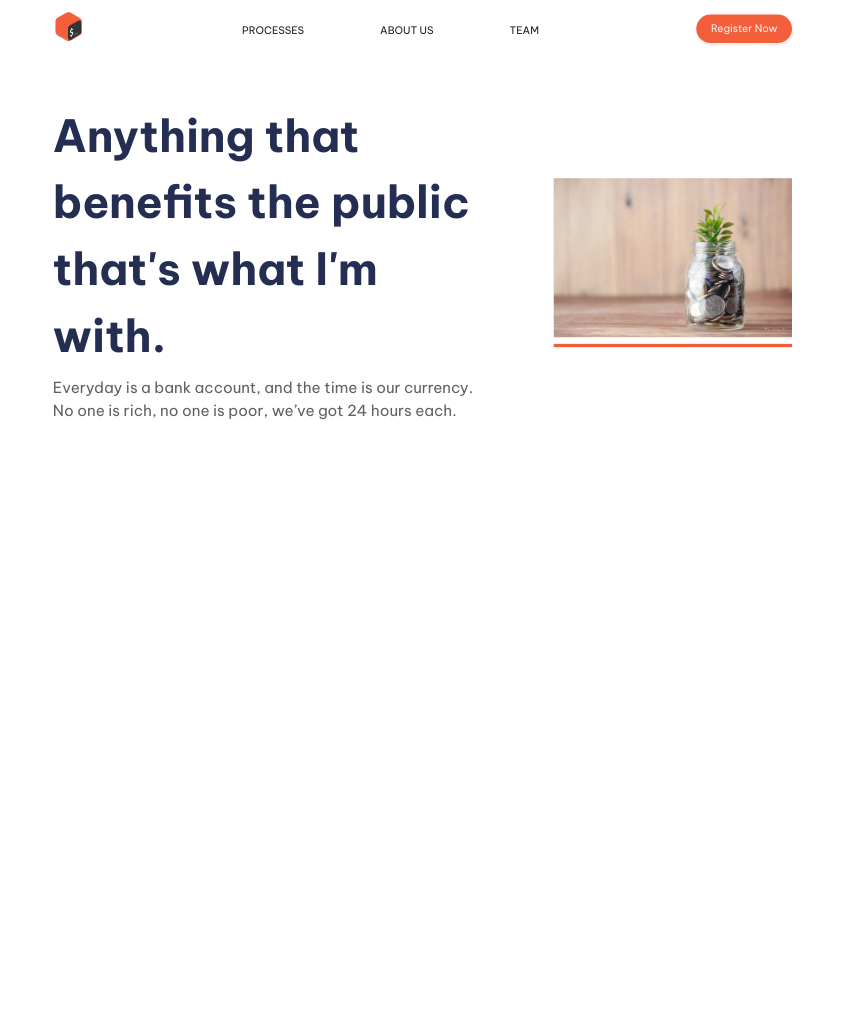
Repository: Esraa22M/Banking_Site
Page: index.html
The author's editor kept a copy of each file at every save. The page is drawn from the files as they stood at one save, then again after the next save.
The browser window is 1280 px wide. The pictures show the whole page, at 66% of full size.

Above is the page before, as saved 2022-11-01 01:19:44.

### index.html
<!DOCTYPE html>
<html lang="en">

<head>
    <meta charset="UTF-8">
    <meta http-equiv="X-UA-Compatible" content="IE=edge">
    <meta name="viewport" content="width=device-width, initial-scale=1.0">
    <title>Document</title>
    <!-- font family link -->
    <link rel="preconnect" href="https://fonts.googleapis.com">
    <link rel="preconnect" href="https://fonts.gstatic.com" crossorigin>
    <link href="https://fonts.googleapis.com/css2?family=Be+Vietnam+Pro:wght@400;500;700&display=swap" rel="stylesheet">
    <!-- external style sheet link -->
    <link rel="stylesheet" href="style.css">
</head>

<body>
    <header class="primary__header">
        <div class="navgation__wrapper container"> <a href="#"><img src="./images/logo.svg" /></a>
            <button class="humberger__button_toggle--container" aria-expanded="false"
                aria-controls="controls the navigation menu's open and closing">
                <span class="sr-only">Nagivation menu</span>
                <span class="button__close hidden-sm" aria-hidden="true">x</span>
                <span class="button__open" aria-hidden="true"></span>
            </button>
            <nav class="primary__navigation">
                <ul role="list" class="primary__navigation--list hidden-sm">
                    <li class="primary__navigation-item">
                        <a href="#section__1" class="primary__navigation-link">processes</a>
                    </li>
                    <li class="primary__navigation-item">
                        <a href="#section__2" class="primary__navigation-link">About us</a>
                    </li>
                    <li class="primary_navigation-item">
                        <a href="#section__3" class="primary__navigation-link">Team</a>
                    </li>

                </ul>
            </nav>
            <a href="#" class="register__button" role="open new account">Register Now</a>
        </div>
        <section class="Intro even-columns container">
            <div>
                <h2 class="intro__header">Anything that benefits the public that's what I'm
                    with.</h2>
                <p class="intro__sub--header">
                    Everyday is a bank account, and the time is our currency. No one is rich,
                    no
                    one is poor, we’ve got 24 hours each.</p>
            </div>
            <div class="intro__image--wrapper">
                <img src="./images/baning_intro.jpg" alt="money grow" class="intro__image">
            </div>
        </section>
    </header>
    <main>
        <section class="modal container hidden">
            <button class="modal__close--button">
                <span>&times;</span>
            </button>
            <h2 class="modal--header">Open your bank account</h2>
            <form class="create__account--form">
                <figure class="form__logo--wrapper">
                    <img src="images/form_logo.svg" alt="human" class="form__logo">
                    <figcaption class="sr-only">a batman image is a logo for the registeration form</figcaption>
                </figure>
                <div class="first_name--wrapper"><label for="first name" class="sr-only">First Name:</label>
                    <input type="text" class="first_name" placeholder="Enter your First Name" />
                </div>
                <div class="last_name--wrapper"><label for="last name" class="sr-only">Last Name:</label>
                    <input type="text" class="last_name" placeholder="Enter your Last Name" />
                </div>
                <div class="email--wrapper"><label for=" email" class="sr-only">Email:</label>
                    <input type="email" class="email" placeholder="Enter your Email" />
                </div>
                <div class="create_account--button__wrapper">
                    <button type="submit" class="register__button create_account--button">Next Step &rarr;</button>
                </div>
            </form>
        </section>
        <div class="overlay hidden"></div>
    </main>
    <script src="main.js"></script>

</body>

</html>

### style.css
:root {
  --clr-accent-400: hsl(12, 88%, 59%);
  --clr-accent-100: hsl(13, 100%, 96%);
  --clr-primary-400: hsl(228, 39%, 23%);
  --clr-neutral-100: hsl(232, 12%, 13%);
  --clr-neutral-900: hsl(0 0% 0%);
  --ff-primary: "Be Vietnam Pro", sans-serif;
  --fw-regular: 400;
  --fw-semi-bold: 500;
  --fw-bold: 700;
  --fs-300: 0.8125rem;
  --fs-400: 0.875rem;
  --fs-500: 0.9375rem;
  --fs-600: 1rem;
  --fs-650: 1.2rem;
  --fs-700: 1.875rem;
  --fs-800: 2.5rem;
  --fs-900: 3.5rem;
  /* fontsize setup for mobile screen and tablet */
  --fs-body: var(--fs-400);
  --fs-primary-heading: var(--fs-800);
  --fs-secondary-heading: var(--fs-700);
  --fs-nav: var(--fs-500);
  --fs-button: var(--fs-300);
}
/* for desktop screen size */
@media (min-width: 50em) {
  :root {
    --fs-body: var(--fs-650);
    --fs-primary-heading: var(--fs-900);
    --fs-secondary-heading: var(--fs-800);
    --fs-nav: var(--fs-300);
  }
}

/* style reseting refer to kevin powell */
/* Box sizing rules */
*,
*::before,
*::after {
  box-sizing: border-box;
}

/* Remove default margin */
* {
  margin: 0;
  padding: 0;
  font: inherit;
}

/* Remove list styles on ul, ol elements with a list role, which suggests default styling will be removed */
ul[role="list"],
ol[role="list"] {
  list-style: none;
}

/* Set core root defaults */
html:focus-within {
  scroll-behavior: smooth;
}

html,
body {
  font-family: var(--ff-primary);
  height: 100%;
  line-height: 1.5;
  font-size: var(--fs-body);
  z-index: 10;
  color: var(--clr-neutral-100);
  font-size: var(--fs-body);
}
/* utility classes */
.sr-only {
  position: absolute;
  width: 1px;
  height: 1px;
  padding: 0;
  margin: -1px;
  overflow: hidden;
  clip: rect(0, 0, 0, 0);
  border: 0;
}
.container {
  /* content width setup */
  --max-width: 1120px;
  --margin: 5%;
  width: min(var(--max-width), 100% - var(--margin));
  margin-inline: auto;
}

/* navigation style */

.navgation__wrapper {
  display: flex;
  align-items: center;
  padding: 1em 0;
  justify-content: space-between;
  font-size: var(--fs-nav);
  line-height: 1.4rem;
  position: relative;
  z-index: 2000;
}
.primary__navigation--list {
  display: flex;
  gap: 3rem;
  flex-direction: column;
}
/* nav links style */
.navgation__wrapper a {
  text-decoration: none;
}
.primary__navigation-link {
  text-transform: uppercase;
  color: var(--clr-neutral-100);
  font-weight: var(--fw-regular);
}
.primary__navigation-link:hover,
.primary__navigation-link:focus-within {
  color: var(--clr-accent-400);
}
.primary__navigation-link::before {
  content: "";
  display: block;
  height: 0.2em;
  background-color: var(--clr-accent-400);
  width: 0%;
  transition: width ease-in-out 250ms;
}
.primary__navigation-link:hover::before {
  width: 100%;
}

/* humberger button and close humberger button style */

.humberger__button_toggle--container {
  position: absolute;
  top: 1em;
  z-index: 20;
  background-color: transparent;
  border: none;
  outline: none;
  right: 1em;
}
.button__open::before,
.button__open::after,
.button__open {
  content: "";
  width: 2em;
  display: block;
  height: 3px;
  cursor: pointer;
  position: relative;
  transition: all ease-in-out 250ms;
  background-color: var(--clr-neutral-900);
}

.button__open::before {
  top: 0.6em;
}
.button__open::after {
  bottom: 0.8em;
}
.button__close {
  font-weight: var(--fw-semi-bold);
  font-size: var(--fs-700);
  transition: all ease-in-out 250ms;
}

.register__button {
  border: none;
  outline: none;
  background-color: var(--clr-accent-400);
  color: var(--clr-accent-100);
  padding: 0.5em 1.4em;
  border-radius: 100vmax;
  box-shadow: 1px 2px 0.1em 0.1em var(--clr-accent-100);
}
.register__button:hover,
.register__button:focus-within {
  box-shadow: none;
  opacity: 0.8;
}
/*navigation overlay */

.primary__header[overlay]::before {
  content: "";
  position: absolute;
  inset: 0;
  height: 100%;
  z-index: 1;
  background-image: linear-gradient(rgb(0 0 0 / 0), rgb(0 0 0 / 0.8));
}

/*popup modal style */
.modal {
  position: fixed;
  top: 50%;
  display: grid;
  z-index: 1000;
  align-items: center;
  justify-content: center;
  padding: 3em 0;
  margin-top: 2em;
  position: relative;
  max-width: 25em;
  background-color: white;
  border: 1px solid var(--clr-neutral-900);
  border-radius: 4px;
  transform-origin: top;
  transition: all 0.5s ease-in-out;
}
.modal--header {
  font-size: var(--fs-primary-heading);
  text-transform: capitalize;
  text-align: center;
}
.create__account--form {
  background-color: white;
  margin: auto;
}
.form__logo--wrapper {
  background-color: var(--clr-accent-400);
  text-align: center;
  border-radius: 50%;
  border-bottom: 0.5em solid var(--clr-neutral-900);
  margin-top: 2em;
}
.first_name,
.last_name,
.email {
  border: none;
  outline: none;
  padding: 0.5em 1em;
  margin-top: 2em;
  border-bottom: 0.5px solid gray;
  transition: border ease-in-out 500ms;
}
.first_name--wrapper::after,
.last_name--wrapper::after,
.email--wrapper::after {
  content: "";
  display: block;
  height: 0.2em;
  background-color: var(--clr-accent-400);
  width: 0%;
  transition: width ease-in-out 250ms;
}
.first_name--wrapper:focus-within::after,
.last_name--wrapper:focus-within::after,
.email--wrapper:focus-within::after {
  width: 100%;
}
.first_name--wrapper:focus-within .first_name,
.last_name--wrapper:focus-within .last_name,
.email--wrapper:focus-within .email {
  border: none;
}
.create_account--button__wrapper {
  text-align: center;
}
.create_account--button {
  margin-top: 1em;
}

.modal__close--button {
  border: none;
  outline: none;
  position: absolute;
  background-color: transparent;
  font-size: var(--fs-800);
  top: 0;
  right: 1em;
  line-height: 1.5;
}
.overlay {
  position: fixed;
  top: 0;
  left: 0;
  width: 100%;
  height: 100%;
  background-color: rgba(0, 0, 0, 0.5);
  backdrop-filter: blur(3px);
  z-index: 100;
  transform-origin: top;
  transition: all 0.5s ease-in-out;
}
/* utility class */
.hidden {
  opacity: 0;
  transform: scale(1, 0);
}
.even-columns {
  display: grid;
  grid-auto-flow: column;
  gap: 4em;
}
/* intro section */
.Intro {
  margin-top: 3em;
  align-items: center;
}

.intro__image {
  width: 100%;
  justify-self: center;
}
.intro__image--wrapper::after {
  content: "";
  display: block;
  background-color: var(--clr-accent-400);
  height: 5px;
}
.intro__header {
  font-size: var(--fs-primary-heading);
  font-weight: var(--fw-bold);
  color: var(--clr-primary-400);
}
.intro__sub--header {
  opacity: 0.7;
  font-size: var(--fs-body);
  margin-top: 0.5em;
}
/* media query for mobile screen */

@media (max-width: 40em) {
  /* navigation list style */
  .navgation__wrapper {
    justify-content: space-evenly;
  }
  .primary__navigation--list {
    position: absolute;
    top: 100%;
    left: 0;
    width: 100%;
    padding: 2rem;
    display: flex;
    justify-content: center;
    background-color: white;
    box-shadow: 0 0 1px 1px var(--clr-accent-100);
    align-items: center;
    transform-origin: top;
    transition: transform 400ms ease-in-out;
  }
  .register__button {
    padding: 0.5em 1em;
    margin-right: min(3em, 12%);
  }
  /* utility class */
  .hidden-sm {
    opacity: 0;
    transform: scale(1, 0);
  }
  .modal__close--button {
    top: 0;
    right: 0.5em;
    font-size: var(--fs-secondary-heading);
    line-height: 1.5;
  }
}
@media (min-width: 40em) {
  /* navigation style */
  .register__button {
    display: block;
  }
  .primary__navigation--list {
    gap: 6rem;
    flex-direction: row;
  }

  .humberger__button_toggle--container {
    display: none;
  }
  /* modal style */
  .modal--header {
    max-width: 15ch;
    margin: auto;
  }
  /* .modal__close--button {
    top: 1em;
    right: 2em;
  } */
}

### images/logo.svg
<svg xmlns="http://www.w3.org/2000/svg"  viewBox="0 0 48 48" width="48px" height="48px" fill-rule="evenodd" clip-rule="evenodd"><linearGradient id="FAKZ2g97PrDXJBy36-66Qa" x1="35.753" x2="11.271" y1="3.643" y2="46.048" gradientUnits="userSpaceOnUse"><stop offset="0" stop-color="#f9f9f9"/><stop offset=".26" stop-color="#f0f1f2"/><stop offset=".678" stop-color="#d9dcdf"/><stop offset="1" stop-color="#c2c8cc"/></linearGradient><path fill="hsl(12, 88%, 59%)" fill-rule="evenodd" d="M22.903,3.286c0.679-0.381,1.515-0.381,2.193,0	c3.355,1.883,13.451,7.551,16.807,9.434C42.582,13.1,43,13.804,43,14.566c0,3.766,0,15.101,0,18.867	c0,0.762-0.418,1.466-1.097,1.847c-3.355,1.883-13.451,7.551-16.807,9.434c-0.679,0.381-1.515,0.381-2.193,0	c-3.355-1.883-13.451-7.551-16.807-9.434C5.418,34.899,5,34.196,5,33.434c0-3.766,0-15.101,0-18.867	c0-0.762,0.418-1.466,1.097-1.847C9.451,10.837,19.549,5.169,22.903,3.286z" clip-rule="evenodd"/><path fill="hsl(12, 88%, 59%)" d="M23.987,46.221c-1.085,0-2.171-0.252-3.165-0.757c-2.22-1.127-5.118-2.899-7.921-4.613	c-1.973-1.206-3.836-2.346-5.297-3.157C5.381,36.458,4,34.113,4,31.572V16.627c0-2.59,1.417-4.955,3.699-6.173	c3.733-1.989,9.717-5.234,12.878-7.01l0,0c2.11-1.184,4.733-1.184,6.844,0c3.576,2.007,10.369,6.064,14.252,8.513	C43.13,12.874,44,14.453,44,16.182V32c0,2.4-0.859,4.048-2.553,4.895c-0.944,0.531-2.628,1.576-4.578,2.787	c-3.032,1.882-6.806,4.225-9.564,5.705C26.27,45.942,25.128,46.221,23.987,46.221z M21.556,5.188	C18.384,6.97,12.382,10.226,8.64,12.22C7.012,13.088,6,14.776,6,16.627v14.945c0,1.814,0.987,3.49,2.576,4.373	c1.498,0.832,3.378,1.981,5.369,3.199c2.77,1.693,5.634,3.445,7.783,4.536c1.458,0.739,3.188,0.717,4.631-0.056	c2.703-1.451,6.447-3.775,9.456-5.643c1.97-1.223,3.671-2.279,4.696-2.854C41.835,34.464,42,33.109,42,32V16.182	c0-1.037-0.521-1.983-1.392-2.532c-3.862-2.435-10.613-6.467-14.165-8.461C24.913,4.331,23.086,4.331,21.556,5.188L21.556,5.188z"/><path fill="#343434" d="M22.977,41.654L22.92,28.216c-0.011-2.594,1.413-4.981,3.701-6.204l12.01-6.416	c1.998-1.068,4.414,0.38,4.414,2.646v14.73c0,1.041-0.54,2.008-1.426,2.554l-14.068,8.668	C25.557,45.424,22.987,43.996,22.977,41.654z"/><linearGradient id="FAKZ2g97PrDXJBy36-66Qb" x1="32.281" x2="23.433" y1="26.55" y2="41.876" gradientUnits="userSpaceOnUse"><stop offset="0" stop-color="#f9f9f9"/><stop offset=".26" stop-color="#f0f1f2"/><stop offset=".678" stop-color="#d9dcdf"/><stop offset="1" stop-color="#c2c8cc"/></linearGradient><path fill="url(#FAKZ2g97PrDXJBy36-66Qb)" d="M28.799,26.274	c0.123-0.063,0.225,0.014,0.227,0.176l0.013,1.32c0.552-0.219,1.032-0.278,1.467-0.177c0.095,0.024,0.136,0.153,0.098,0.306	l-0.291,1.169c-0.024,0.089-0.072,0.178-0.132,0.233c-0.026,0.025-0.052,0.044-0.077,0.057c-0.04,0.02-0.078,0.026-0.114,0.019	c-0.199-0.045-0.671-0.148-1.413,0.228c-0.778,0.395-1.051,1.071-1.046,1.573c0.007,0.601,0.315,0.783,1.377,0.802	c1.416,0.023,2.027,0.643,2.042,2.067c0.016,1.402-0.733,2.905-1.876,3.826l0.025,1.308c0.001,0.157-0.1,0.338-0.225,0.4	l-0.775,0.445c-0.123,0.063-0.225-0.014-0.227-0.172l-0.013-1.286c-0.664,0.276-1.334,0.342-1.763,0.17	c-0.082-0.032-0.117-0.152-0.084-0.288l0.28-1.181c0.022-0.092,0.071-0.186,0.138-0.246c0.023-0.023,0.048-0.04,0.072-0.053	c0.044-0.022,0.087-0.027,0.124-0.013c0.462,0.155,1.053,0.082,1.622-0.206c0.722-0.365,1.206-1.102,1.198-1.834	c-0.007-0.664-0.366-0.939-1.241-0.946c-1.113,0.002-2.151-0.216-2.168-1.855c-0.014-1.35,0.688-2.753,1.799-3.641l-0.013-1.319	c-0.001-0.162,0.098-0.34,0.225-0.405L28.799,26.274z"/><path fill="#21a366" d="M37.226,34.857l-3.704,2.185c-0.109,0.061-0.244-0.019-0.244-0.143v-1.252	c0-0.113,0.061-0.217,0.16-0.273l3.704-2.185c0.111-0.061,0.246,0.019,0.246,0.145v1.248C37.388,34.697,37.326,34.801,37.226,34.857"/></svg>

### main.js
/* navigation sm screen */
let navToggle = document.querySelector(".humberger__button_toggle--container");
let button__open = document.querySelector(".button__open");
let primary__navigation = document.querySelector(".primary__navigation");
let primary__navigation_list = document.querySelector(
  ".primary__navigation--list"
);
let button__close = document.querySelector(".button__close");
let primary__header = document.querySelector(".primary__header");
navToggle.addEventListener("click", () => {
  if (!primary__navigation.hasAttribute("data-visible")) {
    navToggle.setAttribute("aria-expanded", true);
    button__open.setAttribute("aria-hidden", true);
    button__close.setAttribute("aria-hidden", false);
  } else {
    primary__navigation.removeAttribute("data-visible");
    navToggle.setAttribute("aria-expanded", false);
    button__open.setAttribute("aria-hidden", false);
    button__close.setAttribute("aria-hidden", true);
  }
  primary__navigation.toggleAttribute("data-visible");

  button__open.classList.toggle("hidden-sm");
  button__close.classList.toggle("hidden-sm");
  primary__header.toggleAttribute("overlay");
  primary__navigation_list.classList.toggle("hidden-sm");
});

/* model window handling */
let modal = document.querySelector(".modal");
let close_modal = document.querySelector(".modal__close--button");
let open_modal = document.querySelector(".register__button");
let overlay = document.querySelector(".overlay");

/*handle open modal */
let openModal = (e) => {
  console.log(e);
  e.preventDefault();
  modal.classList.remove("hidden");
  overlay.classList.remove("hidden");
};
open_modal.addEventListener("click", openModal);

/*handle close modal */
let closeModal = (e) => {
  e.preventDefault();
  modal.classList.add("hidden");
  overlay.classList.add("hidden");
};
close_modal.addEventListener("click", closeModal);

After the next save:
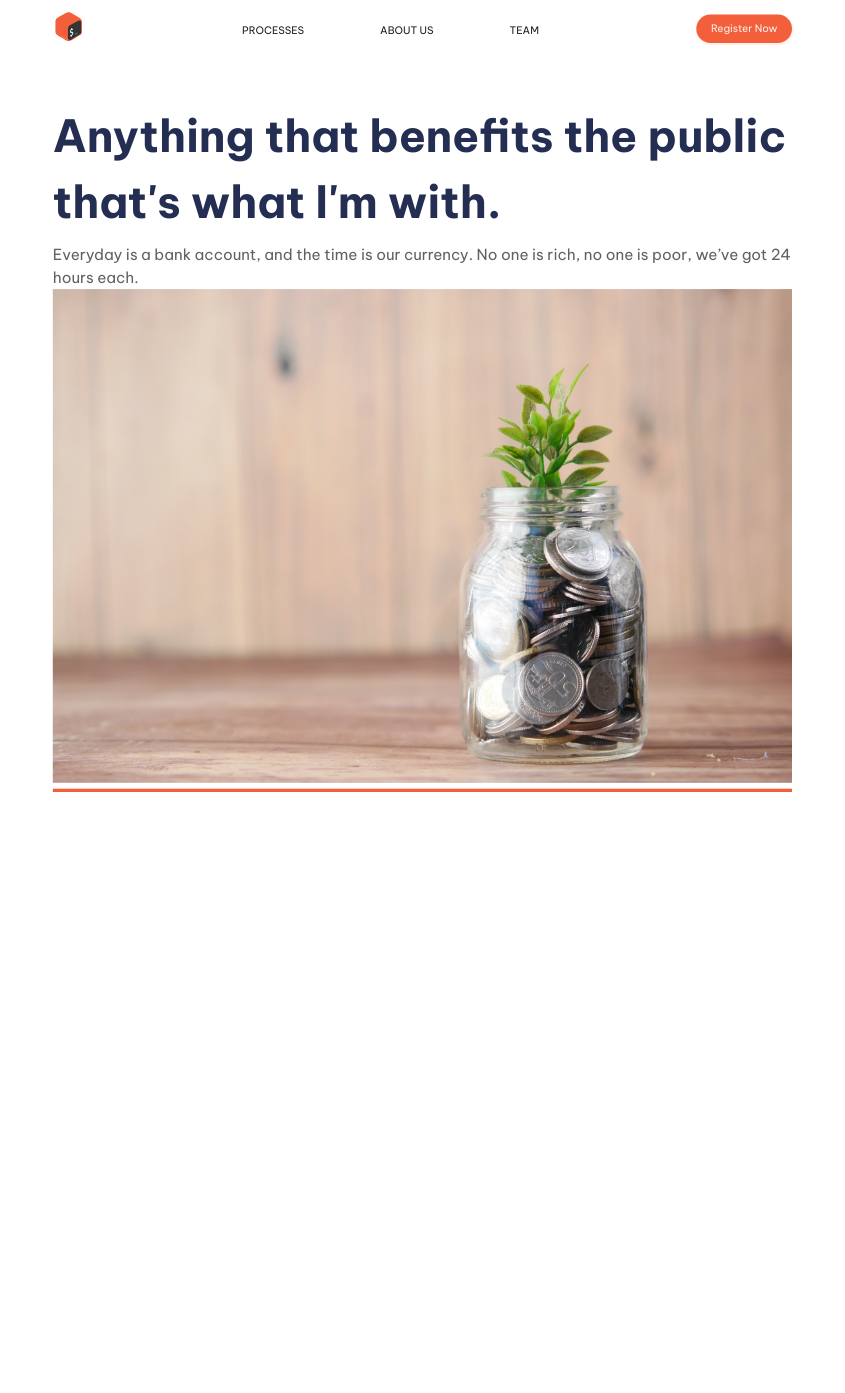
Saved 79 s later.
--- a/style.css
+++ b/style.css
@@ -291,8 +291,7 @@
 }
 .even-columns {
   display: grid;
-  grid-auto-flow: column;
-  gap: 4em;
+  grid-auto-flow: row;
 }
 /* intro section */
 .Intro {

After the save that followed:
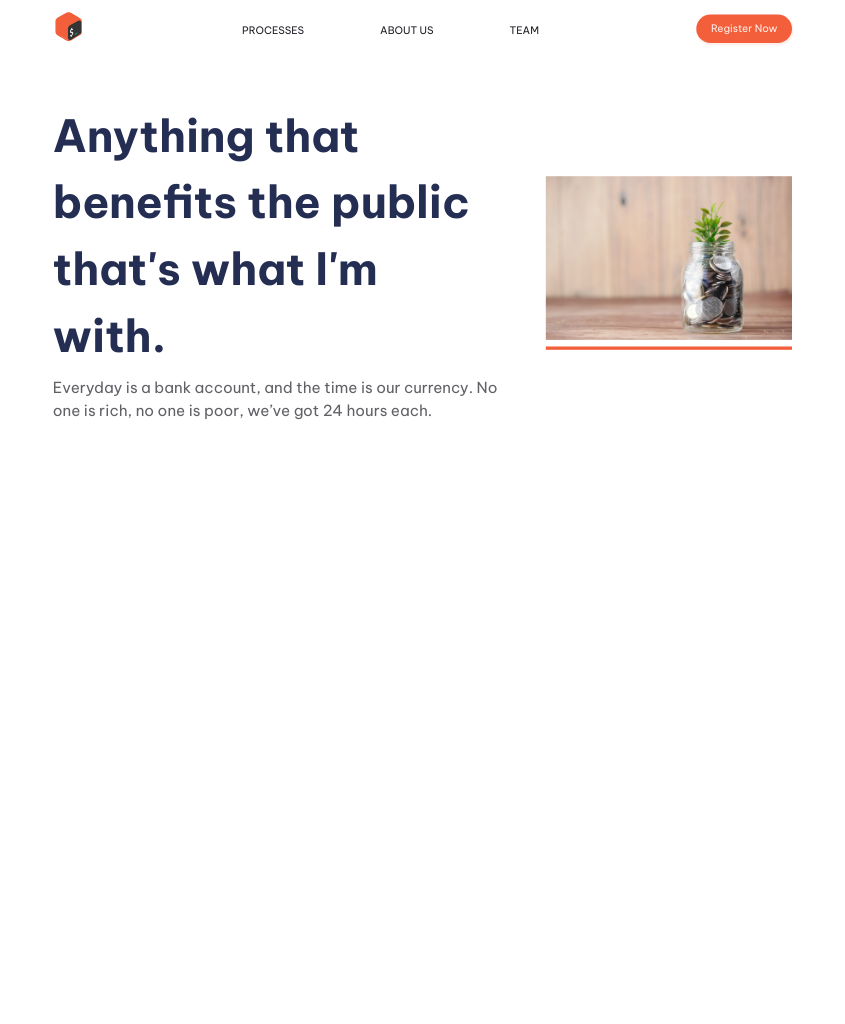
Saved 43 s later.
--- a/style.css
+++ b/style.css
@@ -374,8 +374,9 @@
     max-width: 15ch;
     margin: auto;
   }
-  /* .modal__close--button {
-    top: 1em;
-    right: 2em;
-  } */
-}
+
+  .even-columns {
+    grid-auto-flow: column;
+    gap: 3em;
+  }
+}
